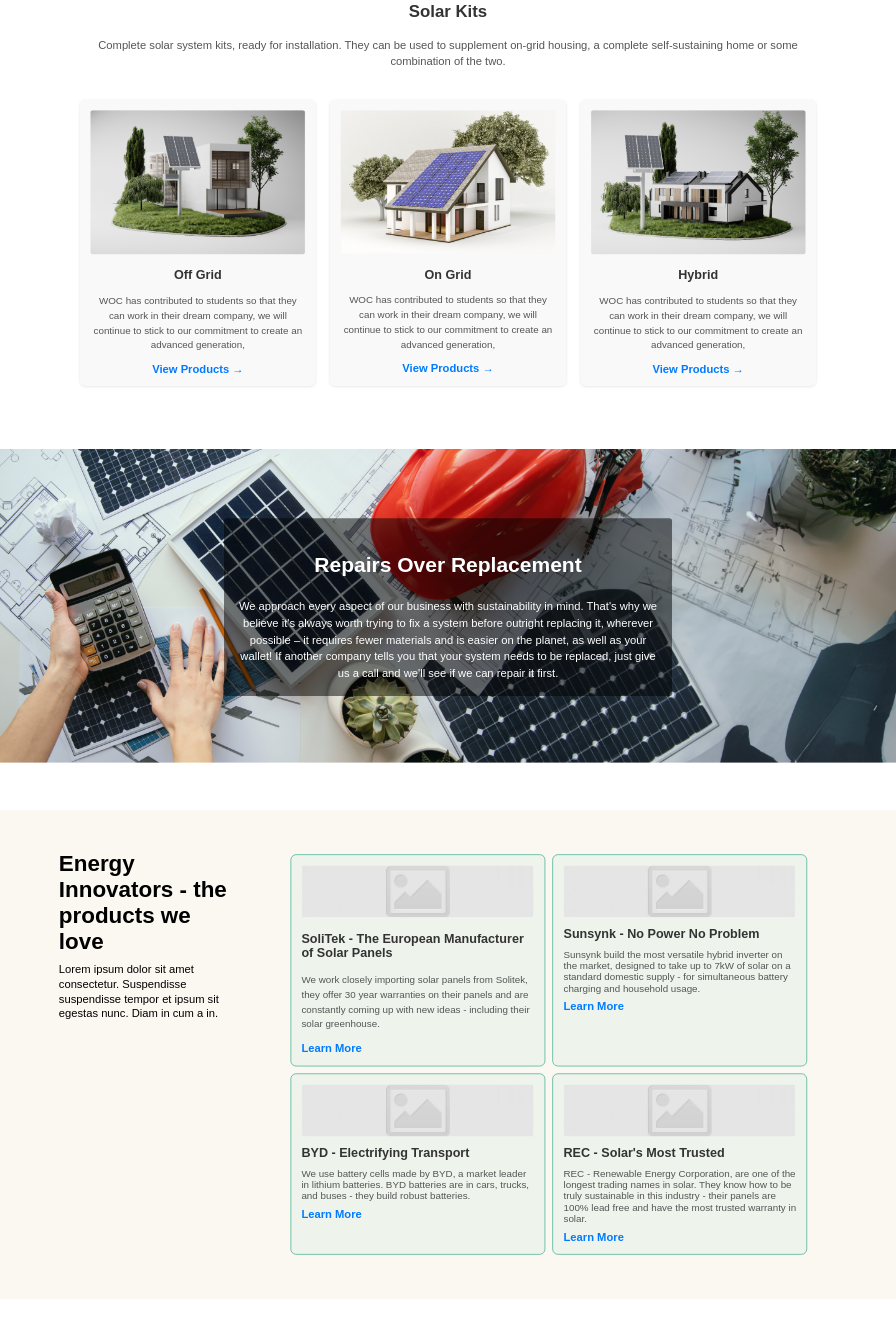
Repository: MaramNabil872/Landing-Page
Page: landingPage.html
These files come from the project's save history. The page is drawn as it stood at one moment and after the next save; the edit follows.
The browser window is 1280 px wide. The pictures show the part of the page from y = 1968 to 3888 px (the page is 3888 px tall before and 3758 px after), at 70% of full size.

Above is the page before, as saved 2024-10-21 18:01:32.

After the next save:
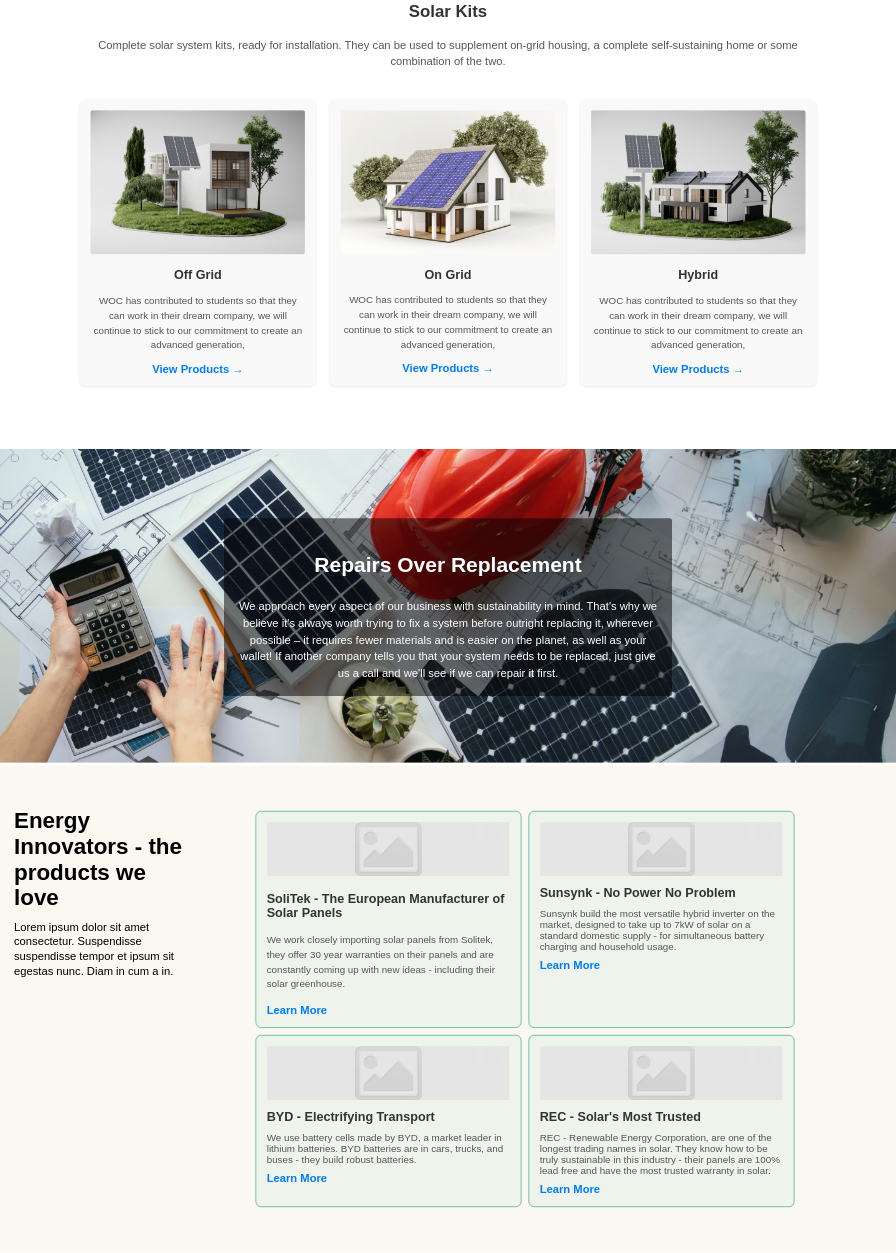
Saved 22 s later.
--- a/landingPage.css
+++ b/landingPage.css
@@ -338,7 +338,7 @@
 .container4 {
     display: flex;
     max-width: 1200px;
-    margin: 5%;
+    /* margin: 5%;  */
 
 
 }

After the save that followed:
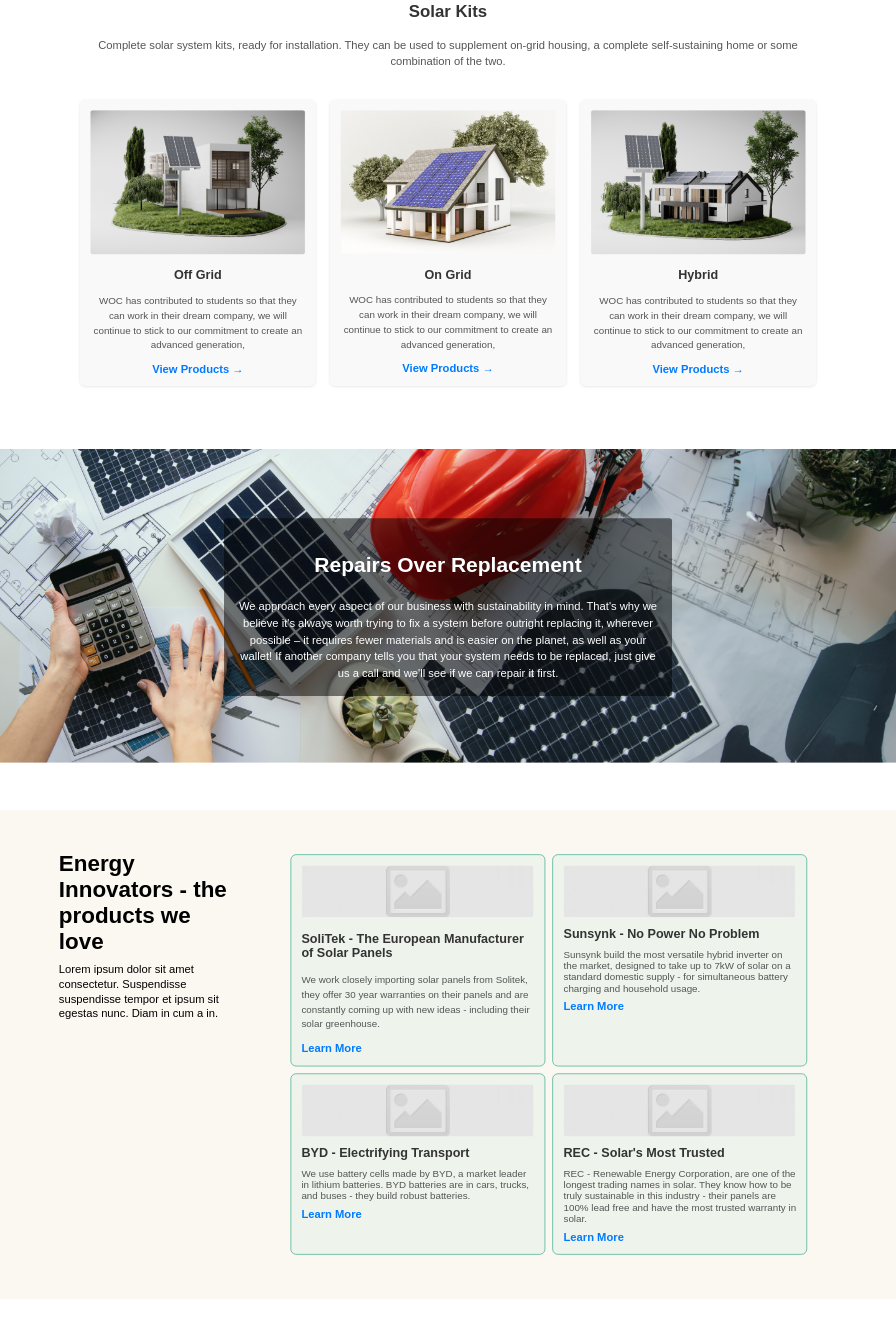
Saved 7 s later.
--- a/landingPage.css
+++ b/landingPage.css
@@ -338,7 +338,7 @@
 .container4 {
     display: flex;
     max-width: 1200px;
-    /* margin: 5%;  */
+    margin: 5%;
 
 
 }
